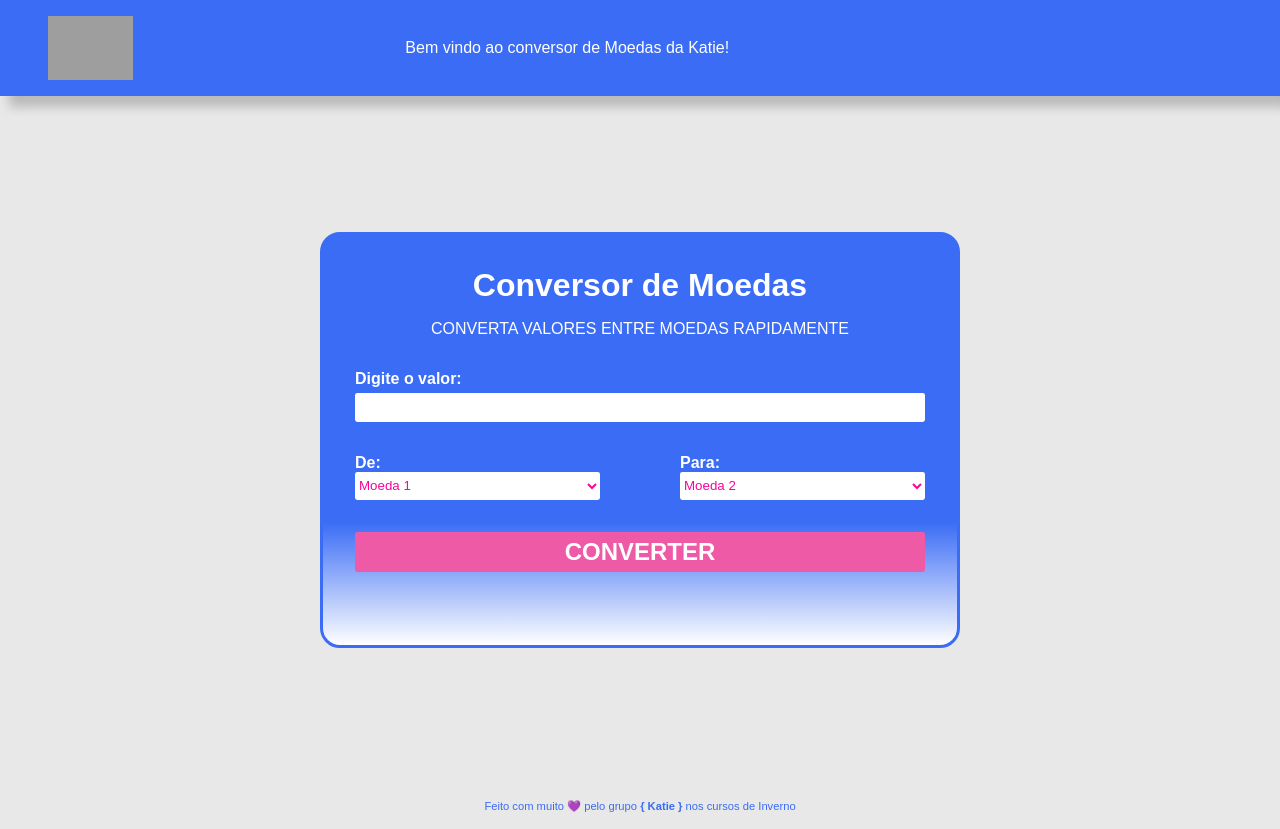
Repository: willamesalmeida/Conversor-de-Moedas
Page: index.html
An editor plug-in stored every save of this project. The page is shown before and after the next save, followed by the edit.
The browser window is 1280 px wide. The pictures show the whole page.
Pictures or frames that could not be fetched are drawn as grey boxes.

Above is the page before, as saved 2022-08-07 14:53:21.

After the next save:
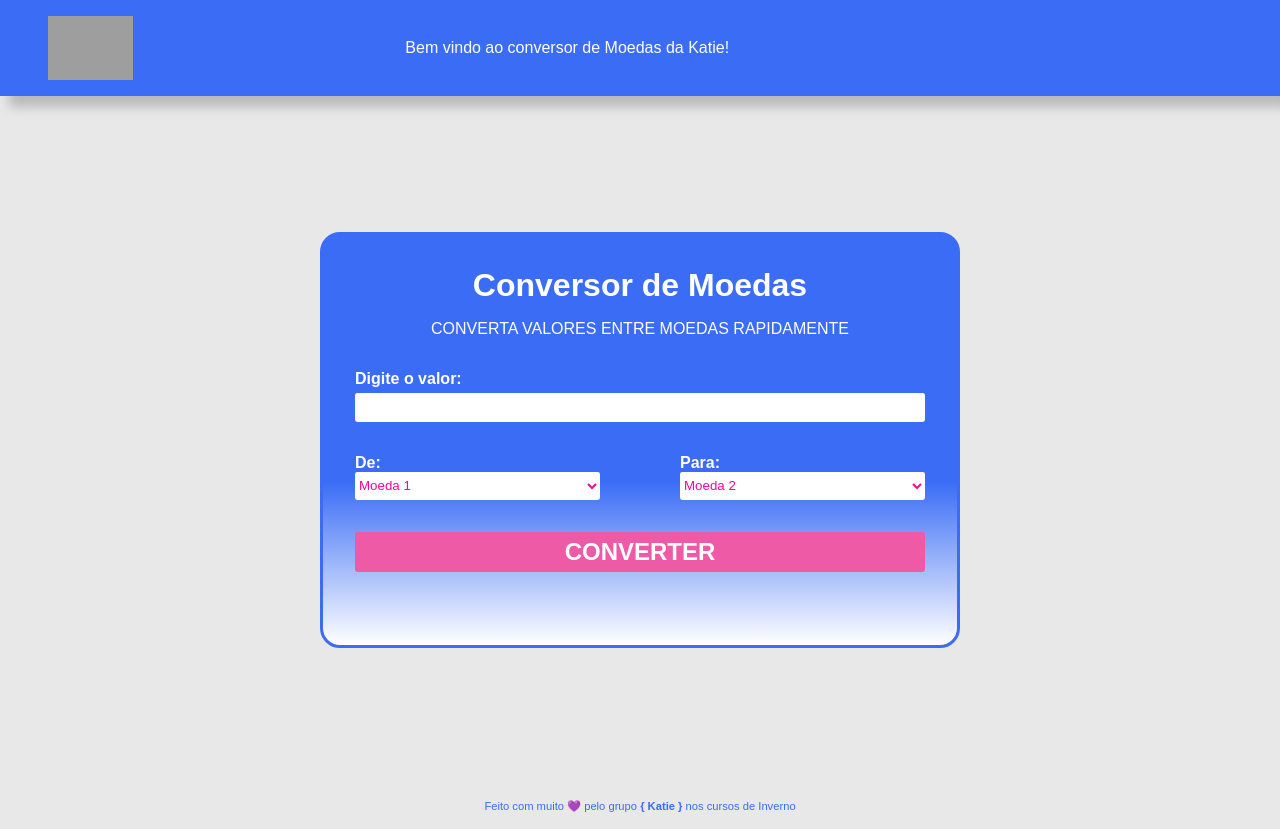
Saved 30 s later.
--- a/styles.css
+++ b/styles.css
@@ -23,7 +23,7 @@
 }
 
 .card {
-  background: linear-gradient(var(--blue)70%, var(--branco)); ;
+  background: linear-gradient(var(--blue)60%, var(--branco)); ;
   /* background: var(--red); */
   width: 40rem;
   height: 26rem;
